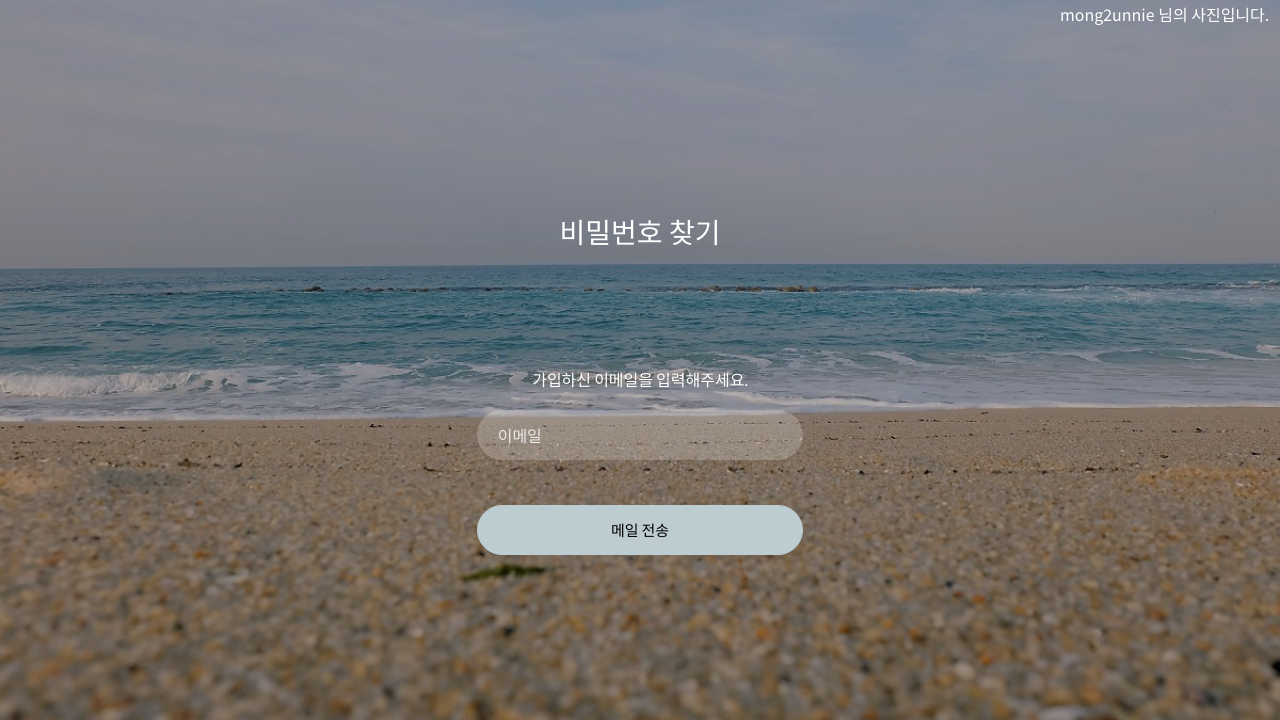
Repository: jangseohyun/LEGGO_2021
Page: http://localhost/PrjApp/FindPw.jsp
An editor plug-in stored every save of this project. The page is shown before and after the next save, followed by the edit.
The browser window is 1280 px wide. The pictures show the whole page.
The page is served by Tomcat 9.

Above is the page before, as saved 2021-06-27 10:39:49.

After the next save:
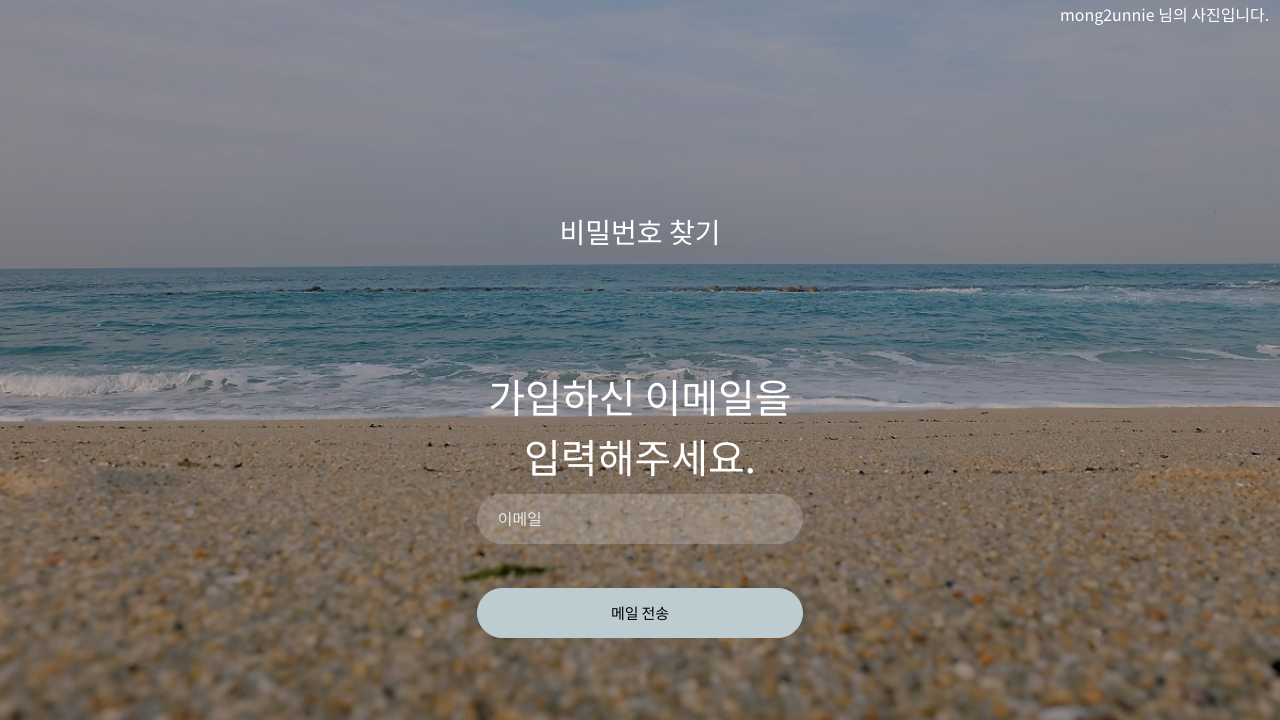
Saved 12 s later.
--- a/PrjApp/WebContent/FindPw.jsp
+++ b/PrjApp/WebContent/FindPw.jsp
@@ -56,7 +56,7 @@ function send_mail(){
 					<div class="login-wrap p-0">
 						<form action="#" class="signin-form">
 							<div class="form-group">
-								<p class="text-center" style="color: white">가입하신 이메일을 입력해주세요.</p>
+								<h1 class="text-center" style="color: white">가입하신 이메일을 입력해주세요.</h1>
 								<input type="text" class="form-control" style="background-color: rgba( 255, 255, 255, 0.2 );" placeholder="이메일" required>
 								<br>
 
